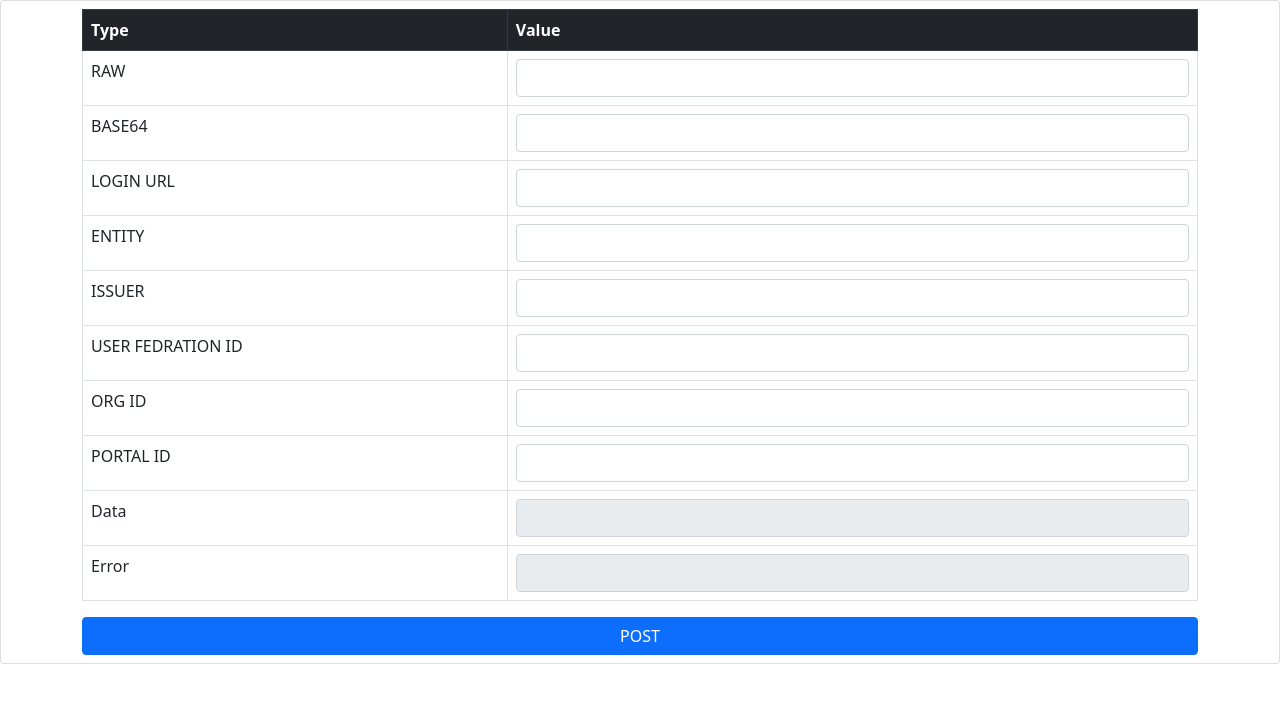
Repository: getsignapp/ssosamlresponse_sfdc
Page: views/index.ejs
These files come from the project's save history. The page is drawn as it stood at one moment and after the next save; the edit follows.
The browser window is 1280 px wide. The pictures show the whole page.
The page is served by the project's Node server (app.js). Other server files are loaded and not shown. The template is opened directly, without the code that normally fills it, so the values that code supplies are empty.

Above is the page before, as saved 2021-05-21 23:23:13.

### views/index.ejs
<!DOCTYPE html>
<html>
  <head>
    <title><%= title %></title>
    <link href="https://cdn.jsdelivr.net/npm/bootstrap@5.0.1/dist/css/bootstrap.min.css" rel="stylesheet" integrity="sha384-+0n0xVW2eSR5OomGNYDnhzAbDsOXxcvSN1TPprVMTNDbiYZCxYbOOl7+AMvyTG2x" crossorigin="anonymous">
  </head>
  <style>
    .data{
      background-color: antiquewhite;
      border: solid 2px #261e13;
      width: 99%;
      word-break: break-all;
      margin: 6px;
    }
  </style>
  <body>
    <form action="/" method="post" class="card p-2">
      <div class="container">
        <table style="width:100%" class="table table-bordered">
          <thead class="table-dark">
            <tr>
              <th>Type</th>
              <th>Value</th>
            </tr>
          </thead>
          <tbody>
            <tr>
              <td>RAW</td>
              <td><input class="form-control" type="text" name="rawStr" value="<%= rawStr %>"/></td>
            </tr>
            <tr>
              <td>BASE64</td>
              <td><input class="form-control" type="text" name="base64Str" value="<%= base64Str %>"/></td>
            </tr>
            <tr>
              <td>LOGIN URL</td>
              <td><input class="form-control" type="text" name="login_url" value="<%= login_url %>" /></td>
            </tr>
            <tr>
              <td>ENTITY</td>
              <td><input class="form-control" type="text" name="entity" value="<%= entity %>" /></td>
            </tr>
            <tr>
              <td>ISSUER</td>
              <td><input class="form-control" type="text" name="issuer" value="<%= issuer %>" /></td>
            </tr>
            <tr>
              <td>USER FEDRATION ID</td>
              <td><input class="form-control" type="text" name="userFID" value="<%= userFID %>" /></td>
            </tr>
            <tr>
              <td>ORG ID</td>
              <td><input class="form-control" type="text" name="oId" value="<%= oId %>" /></td>
            </tr>
            <tr>
              <td>PORTAL ID</td>
              <td><input class="form-control" type="text" name="pId" value="<%= pId %>" /></td>
            </tr>
            <tr>
              <td>Data</td>
              <td><input class="form-control" type="text" name="data" value="<%= data %>" disabled/></td>
            </tr>
            <tr>
              <td>Error</td>
              <td><input class="form-control" type="text" name="error" value="<%= error %>" disabled/></td>
            </tr>
          </tbody>
        </table>

        <div class="d-grid gap-2">
          <button type="submit" class="btn btn-primary">POST</button>
        </div>

      </div>
    </form>
  </body>
</html>

### app.js
var createError = require('http-errors');
var express = require('express');
var path = require('path');
var cookieParser = require('cookie-parser');
var logger = require('morgan');

var indexRouter = require('./routes/index');

var app = express();

// view engine setup
app.set('views', path.join(__dirname, 'views'));
app.set('view engine', 'ejs');

app.use(logger('dev'));
app.use(express.json());
app.use(express.urlencoded({ extended: false }));
app.use(cookieParser());
app.use(express.static(path.join(__dirname, 'public')));

app.use('/', indexRouter);

// catch 404 and forward to error handler
app.use(function(req, res, next) {
  next(createError(404));
});

// error handler
app.use(function(err, req, res, next) {
  // set locals, only providing error in development
  res.locals.message = err.message;
  res.locals.error = req.app.get('env') === 'development' ? err : {};

  // render the error page
  res.status(err.status || 500);
  res.render('error');
});

module.exports = app;

After the next save:
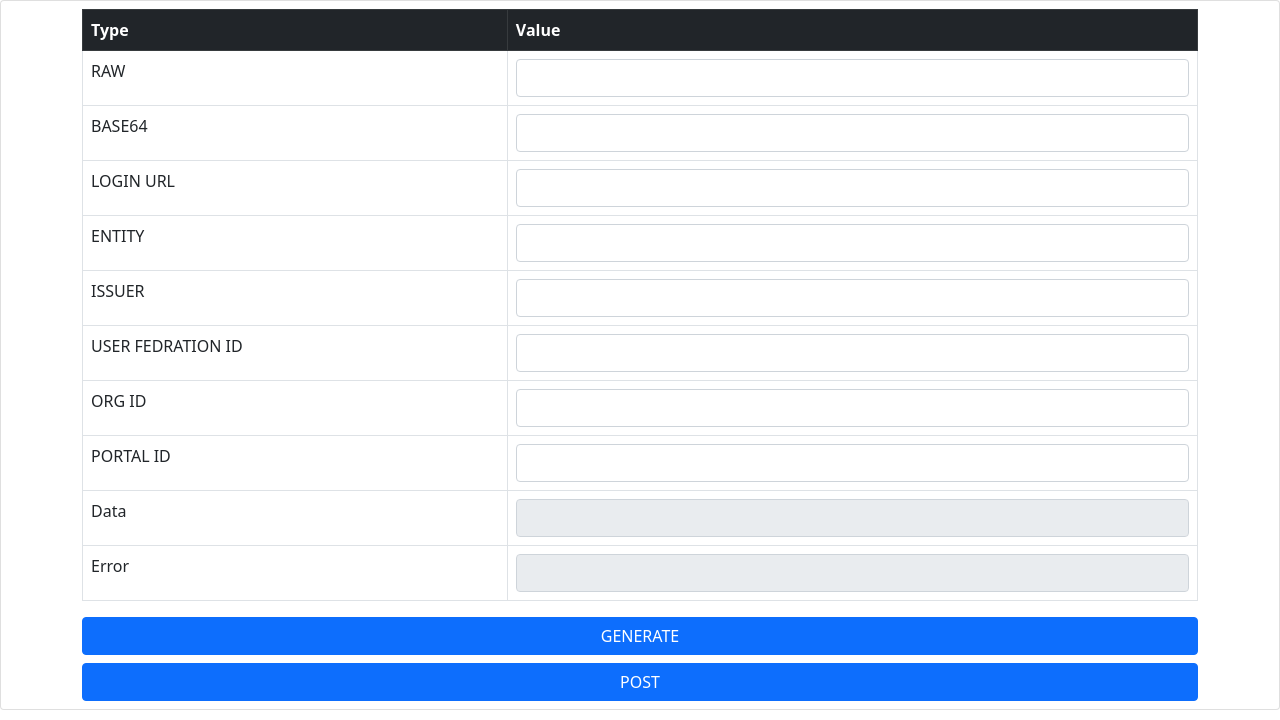
Saved 41 s later.
--- a/views/index.ejs
+++ b/views/index.ejs
@@ -68,6 +68,7 @@
         </table>
 
         <div class="d-grid gap-2">
+          <button type="submit" class="btn btn-primary">GENERATE</button>
           <button type="submit" class="btn btn-primary">POST</button>
         </div>
 
